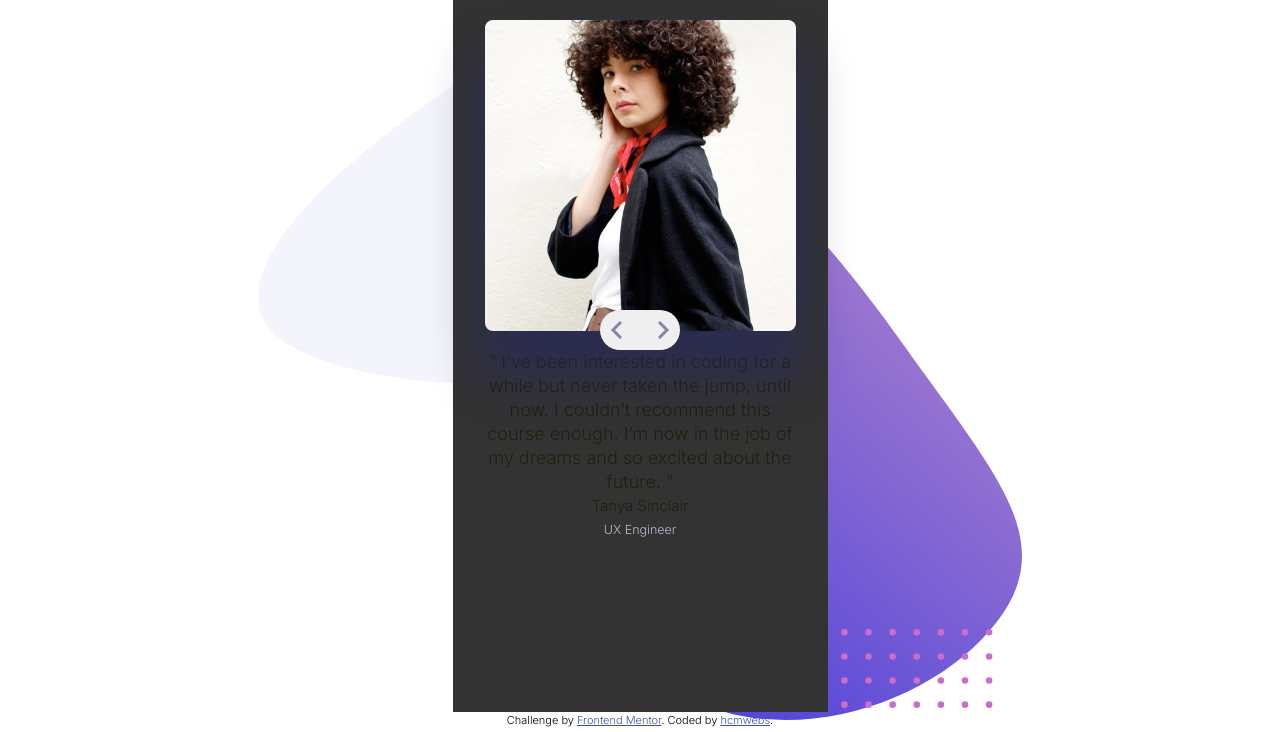
Repository: Hcmwebs/Coding-Bootcamp-Testimonials
Page: index.html
These files come from the project's save history. The page is drawn as it stood at one moment and after the next save; the edit follows.
The browser window is 1280 px wide. The pictures show the whole page.
The style sheet was rebuilt from its Sass, Less or Tailwind sources for each picture, by a compiler version that may differ from the author's.

Above is the page before, as saved 2020-10-30 13:21:34.

After the next save:
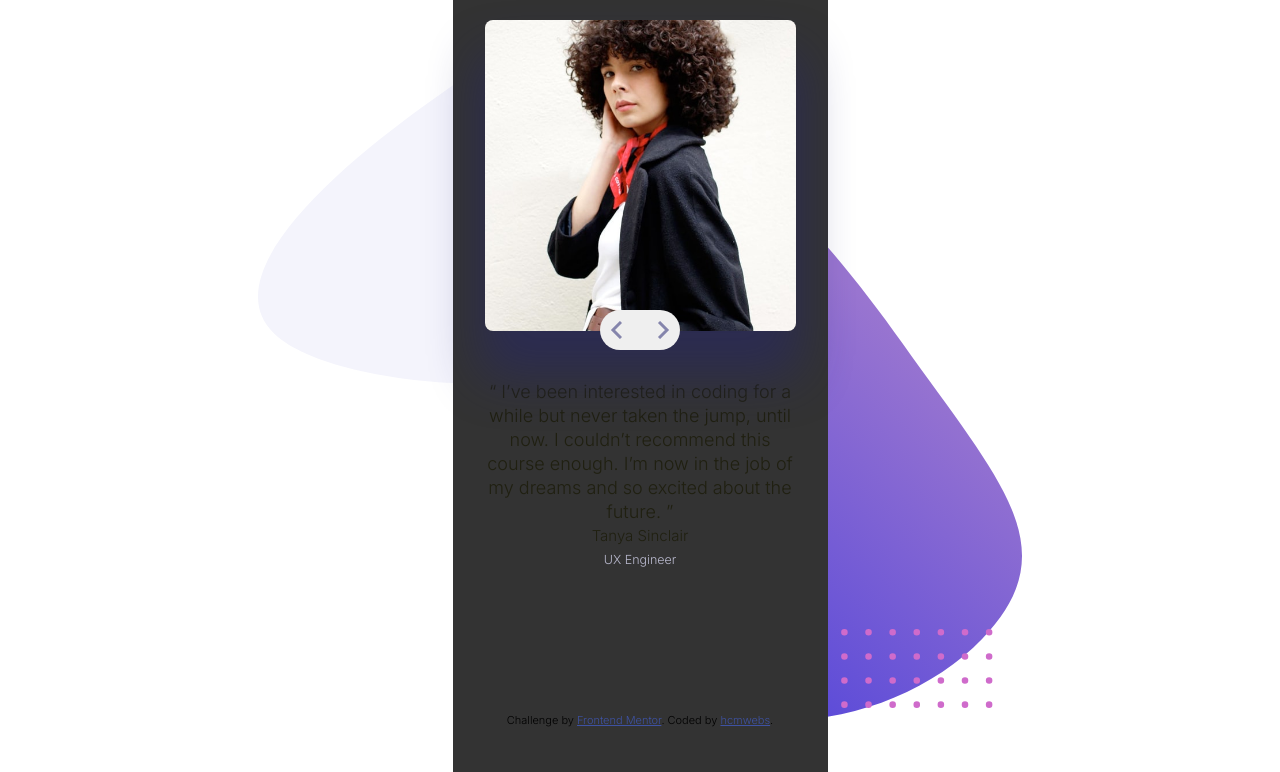
Saved 31 s later.
--- a/scss/main.scss
+++ b/scss/main.scss
@@ -94,7 +94,7 @@ button {
   &__body{
     width: 100%;
     height: 310px;
-    margin:20px 0;
+    margin:50px 0;
 
     h2{
       font-size: 18px;
